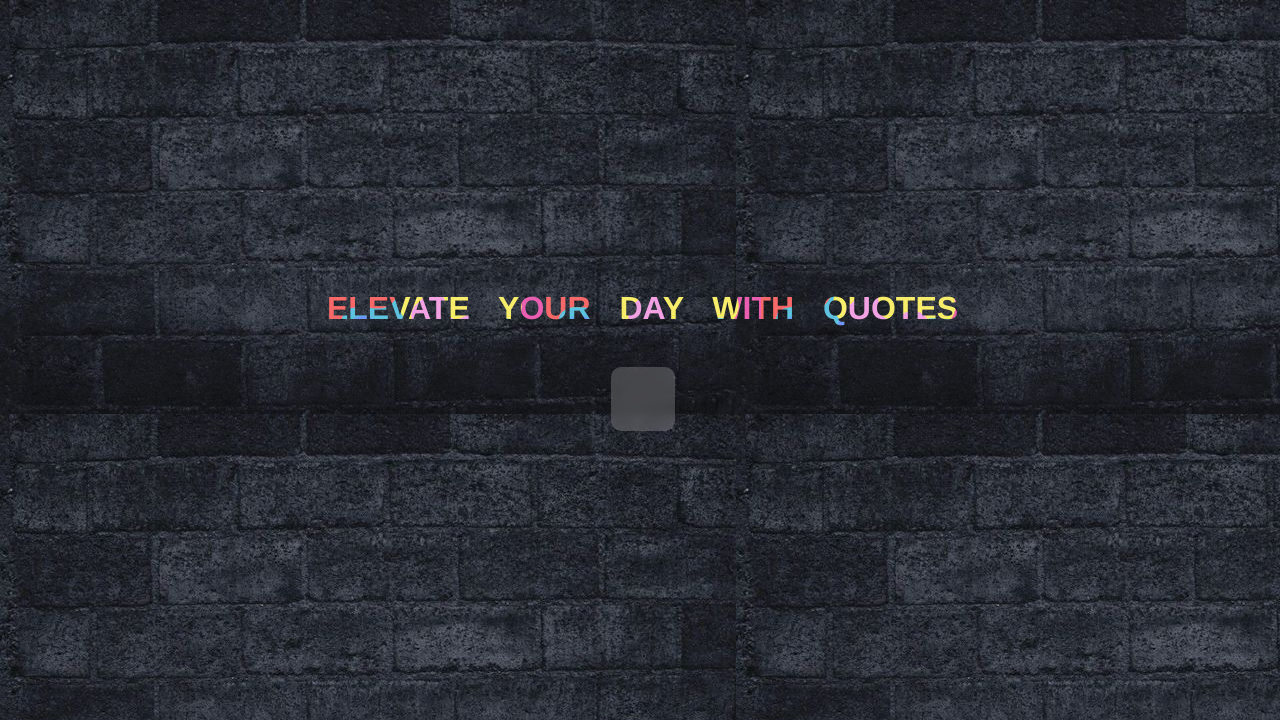
Repository: Bhavik-Sanghar/Quote-app
Page: /
These files come from the project's save history. The page is drawn as it stood at one moment and after the next save; the edit follows.
The browser window is 1280 px wide. The pictures show the whole page.
The page's requests for data from a server got no answer. The project was rebuilt for these pictures with package versions that can differ from the ones it lists, and the page was loaded fresh each time. No one was signed in, and anything a server would have sent is missing. Also part of the build but not shown: src/styles.css.

Above is the page before, as saved 2023-08-18 15:36:47.

After the next save:
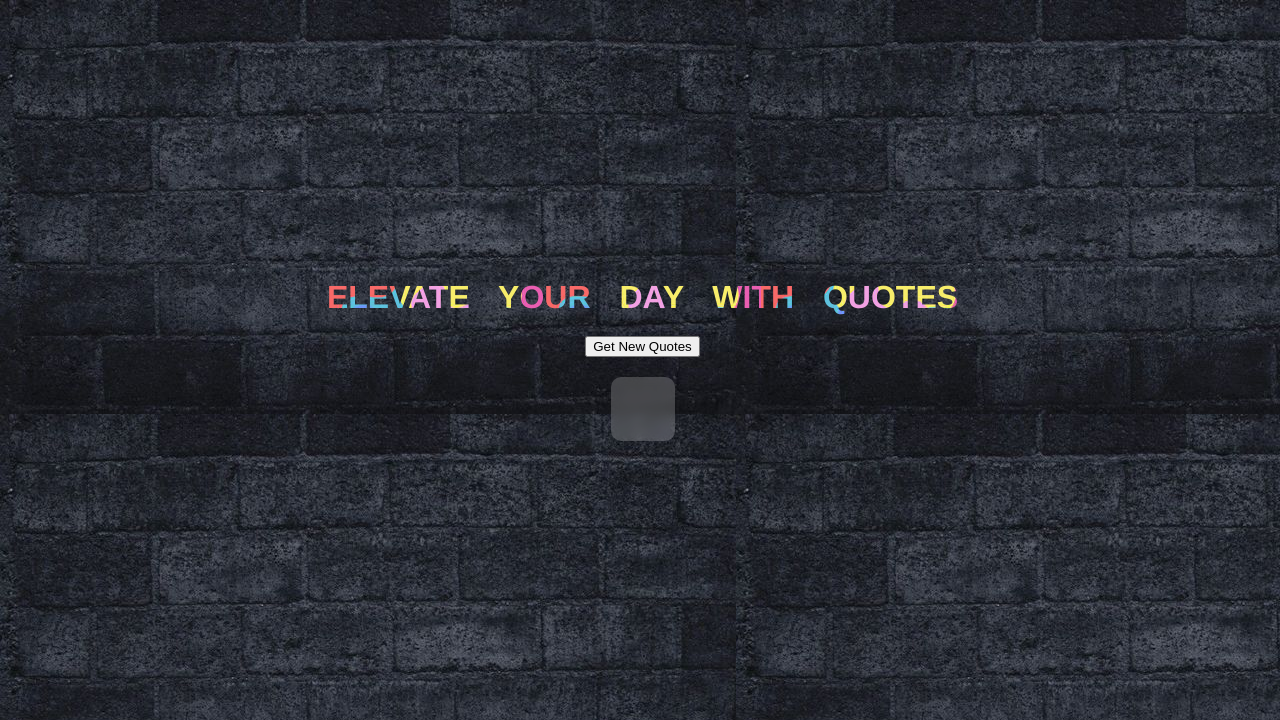
Saved 100 s later.
--- a/src/components/NewQuote.js
+++ b/src/components/NewQuote.js
@@ -14,21 +14,27 @@ const QuoteComponent = () => {
   const fetchQuotes = async () => {
     try {
       const response = await axios.get(
-        `https://api.api-ninjas.com/v1/quotes?category=${category}&limit=`, // Fetching 5 quotes
+        `https://api.api-ninjas.com/v1/quotes?category=${category}&limit=5`, // Fetching 5 quotes
         {
           headers: { "X-Api-Key": apiKey },
         }
       );
-      console.log(response)
       setQuotes(response.data);
     } catch (error) {
       console.error("Error: ", error);
     }
   };
 
+  const handleFetchNewQuotes = () => {
+    fetchQuotes();
+  };
+
   return (
     <div className="quote-container">
       <h1>Elevate Your Day with Quotes</h1>
+      <button className="fetch-button" onClick={handleFetchNewQuotes}>
+        Get New Quotes
+      </button>
       <div className="card-container">
         {quotes.map((quote, index) => (
           <div key={index} className="card">
